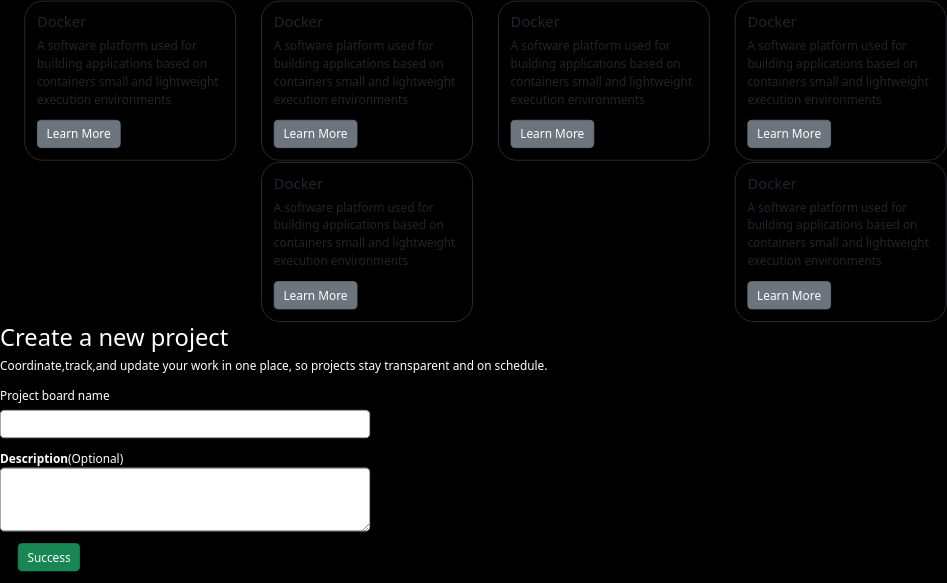
Repository: NSS-Evening-25-Cohort/e25-gitsub-control-alt-defeat
Page: index.html
These files come from the project's save history. The page is drawn as it stood at one moment and after the next save; the edit follows.
The browser window is 1280 px wide. The pictures show the whole page, at 74% of full size.

Above is the page before, as saved 2023-11-07 19:17:49.

After the next save:
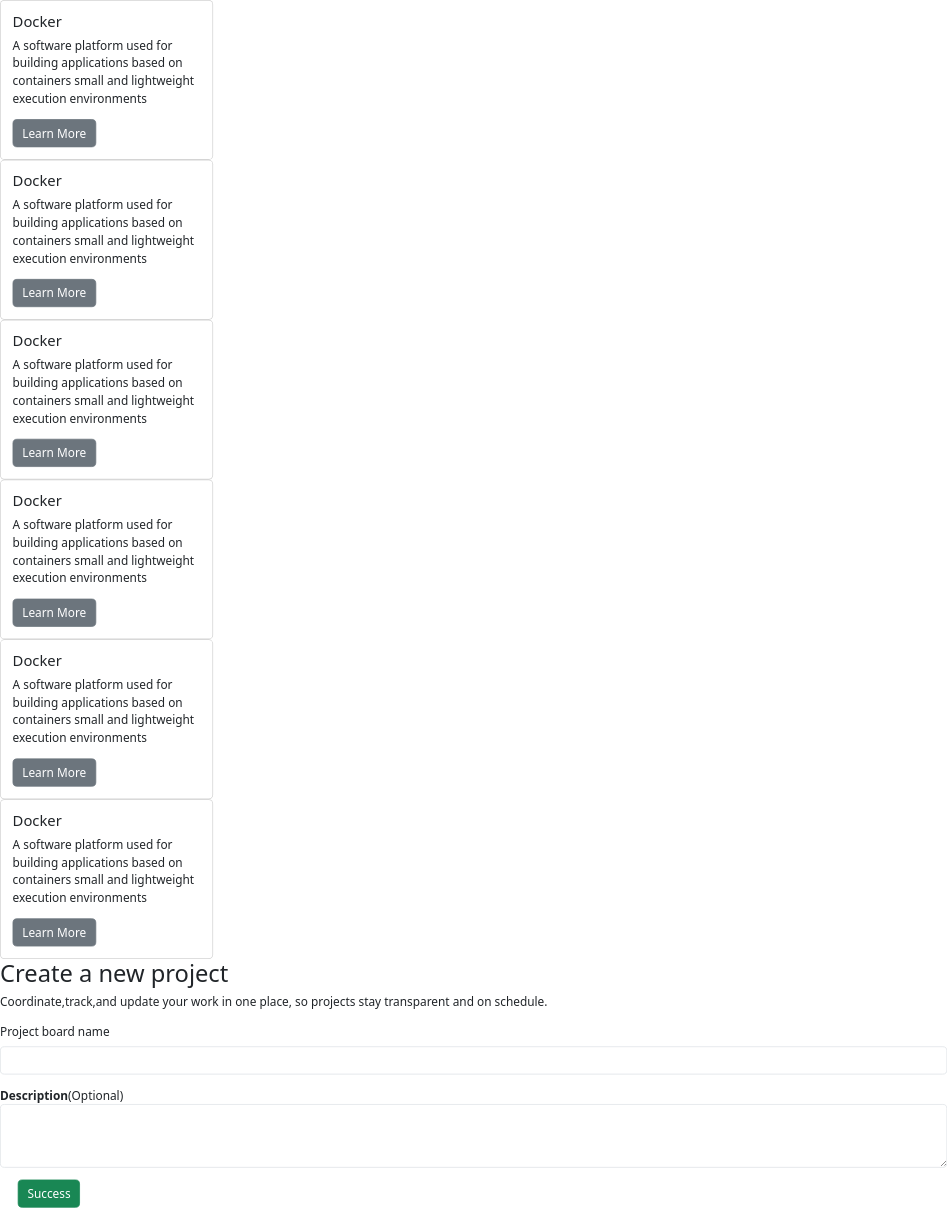
Saved 21 s later.
--- a/main.css
+++ b/main.css
@@ -1,30 +1,59 @@
-body {
+/* body {
   background-color: black;
+  display: flex;
+  flex-direction: column;
 }
 
-#app1{
-  flex-wrap: wrap;
+.headerPlacement {
   display: flex;
+  justify-content: end;
 }
 
-.mb-3{
-  width:500px;
-  color: white;
+header {
+  margin: 3%;
+  height: 3rem;
+  width: 65%;
+  justify-content: left;
+  display: flex;
+  gap: 5%;
+  background-color: blue;
 }
 
-.packageHeader{
-  color:white;
+#sidebar {
+  background-color: blueviolet;
+  float: left;
+  margin-right: 8%;
+  width: 175px;
 }
 
-.card-body{
-  border: solid rgb(58, 58, 65) 1px;
-  border-radius: 25px;
-  background-color:black;
+.appContainer {
+  display: flex;
+  justify-content: center;
+  margin: 3%;
 }
 
-.card{
-  background-color:black;
-  margin-left: auto;
-  margin-bottom: auto;
-  margin-top: auto;
+#app1 {
+  background-color: aqua;
+  height: 250px;
+  width: 400px;
 }
+
+#app2 {
+  margin-top: 5%;
+  background-color: blue;
+  height: 250px;
+}
+
+.footer {
+  background-color: aquamarine;
+  display: flex;
+  justify-content: center;
+  gap: 10%;
+}   */
+
+.footer img {
+  width: 10px;
+  height: 10px;
+  border-radius: 10px;
+  margin-right: 10px;
+}
